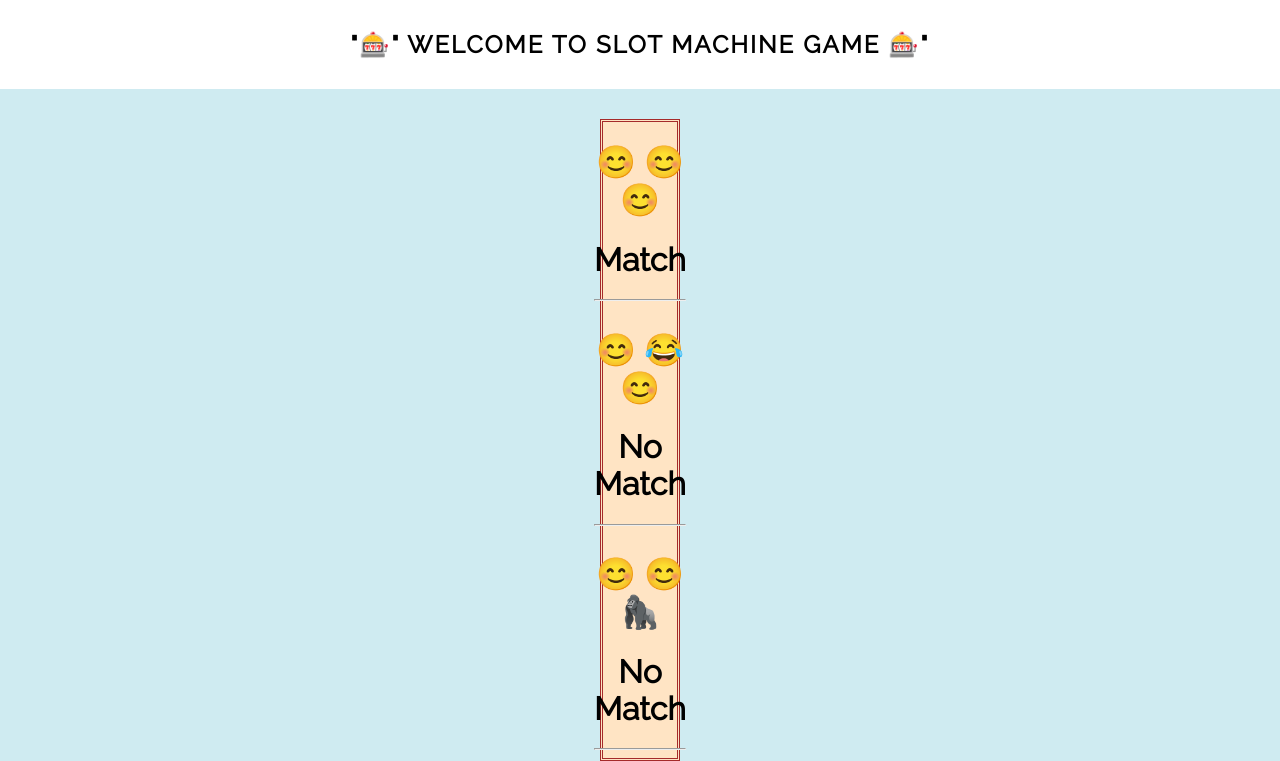
Repository: duggallakshya/slotMachineReact
Page: /
The author's editor kept a copy of each file at every save. The page is drawn from the files as they stood at one save, then again after the next save.
The browser window is 1280 px wide. The pictures show the whole page.
The project was rebuilt for these pictures with package versions that can differ from the ones it lists, and the page was loaded fresh each time.

Above is the page before, as saved 2022-03-23 18:38:15.

### src/index.js
import React from 'react';
import ReactDOM from 'react-dom';
import './index.css';
import App from './App';

ReactDOM.render(
  <App />,
  document.getElementById('root')
)

### src/index.css
@import url('https://fonts.googleapis.com/css2?family=Raleway&display=swap');
body{
  background-color: rgb(207, 235, 241);
  margin: 0;
  padding: 0;

}

.heading-style{
  padding: 30px 0;
  margin-top: 0px;
  text-align: center;
  font-family:'Raleway', sans-serif;
  text-transform: uppercase;
  font-size: 13px;
  letter-spacing: 2px;
  font-weight: 500;
  background-color: #fff;
  font-size: 1.5rem;
  margin-bottom: 30px;
  font-weight: bold;
}

.slot-inner{
  text-align: center;
  font-family: 'Raleway', sans-serif ;
}
.main-div{
  display: flex;
  flex-direction: column;
  height: auto;
  justify-content: center;
  align-items: center;
  background-color: bisque;
  /* padding: 0px 30px;*/
  margin: 0px 600px;
  position: relative;
  border: brown;
  border-style: double;

}

### src/App.jsx
import React from 'react';
import SlotMachine from './SlotMachine';

const App = () => {
    return(
        <>
            <h1 className="heading-style"> "🎰" Welcome to Slot machine game 🎰"</h1>
            <div className="main-div">
                <SlotMachine x ='😊' y ='😊' z ='😊'/>
                <SlotMachine x ='😊' y ='😂' z ='😊'/>
                <SlotMachine x ='😊' y ='😊' z ='🦍'/>
            </div>
        </>
    )
}

export default App;

### src/SlotMachine.jsx
import React from 'react';

const SlotMachine = (props) => {
    if(props.x===props.y && props.y==props.z){
        return (
            <>
                <div className="slot-inner">

                    <h1> {props.x} {props.y} {props.z} </h1>
                    <h1> Match </h1>
                    <hr/>

                </div>
            </>
        )
    }
    else{
        return (
            <>
                <div className="slot-inner">

                    <h1> {props.x} {props.y} {props.z} </h1>
                    <h1> No Match </h1>
                    <hr/>

                </div>
            </>
        )
    }
}

export default SlotMachine;

Loaded but not shown: public/index.html (common file)

After the next save:
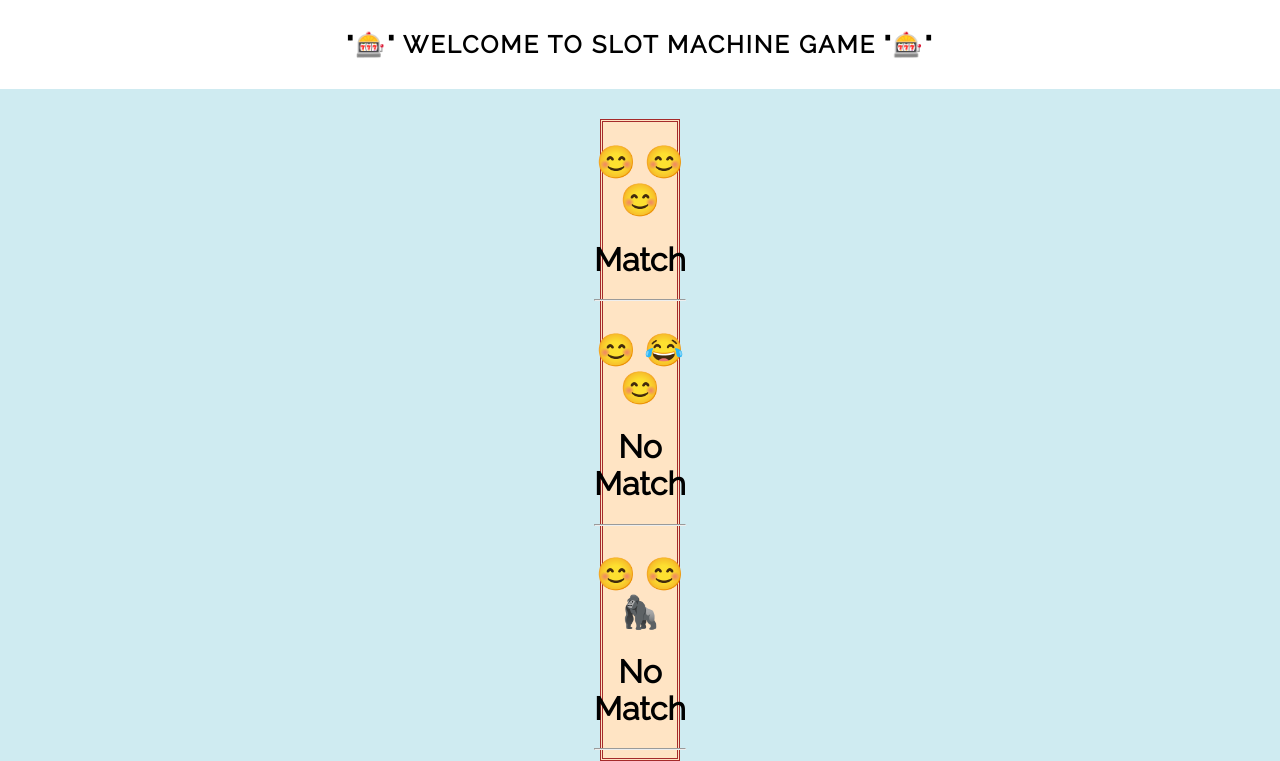
Saved 12 s later.
--- a/src/App.jsx
+++ b/src/App.jsx
@@ -4,7 +4,7 @@ import SlotMachine from './SlotMachine';
 const App = () => {
     return(
         <>
-            <h1 className="heading-style"> "🎰" Welcome to Slot machine game 🎰"</h1>
+            <h1 className="heading-style"> "🎰" Welcome to Slot machine game "🎰"</h1>
             <div className="main-div">
                 <SlotMachine x ='😊' y ='😊' z ='😊'/>
                 <SlotMachine x ='😊' y ='😂' z ='😊'/>
